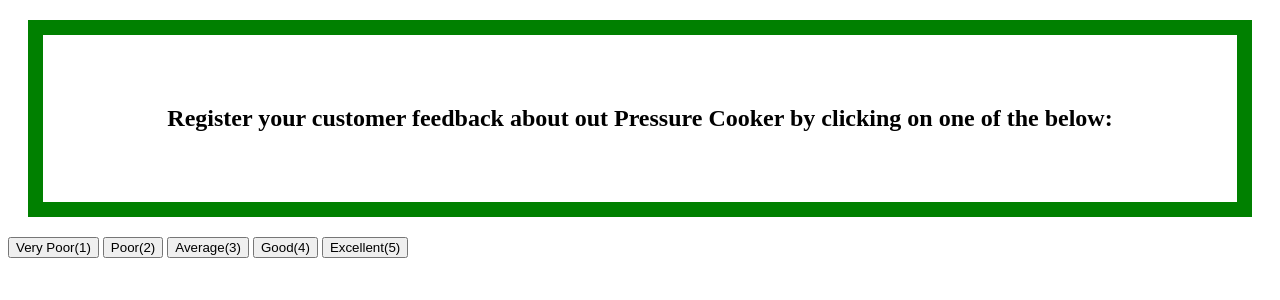
Repository: isaurabhkr/Spring-JavaCourse-101
Page: Spring/WP/GoodsteamProject/WebContent/input.html
These files come from the project's save history. The page is drawn as it stood at one moment and after the next save; the edit follows.
The browser window is 1280 px wide. The pictures show the whole page.

Above is the page before, as saved 2019-08-06 07:40:24.

### Spring/WP/GoodsteamProject/WebContent/input.html
<!DOCTYPE html>
<html>
<head>
<style>
div {
  border: 15px solid green;
  padding: 50px;
  margin: 20px;
}
</style>
<meta charset="ISO-8859-1">
<title>Please Register Feedback</title>
</head>
<body>
<div>
<h2 align ="center"> Register your customer feedback about out Pressure Cooker by clicking on one of the below:</h2>
</div>
<form action="handlein" method="post">
<input type=submit name = "in1" value="Very Poor(1)">
<input type=submit name ="in1" value="Poor(2)">
<input type=submit name ="in1" value="Average(3)">
<input type=submit name="in1" value="Good(4)">
<input type=submit name ="in1" value="Excellent(5)">
</form>
</body>
</html>

After the next save:
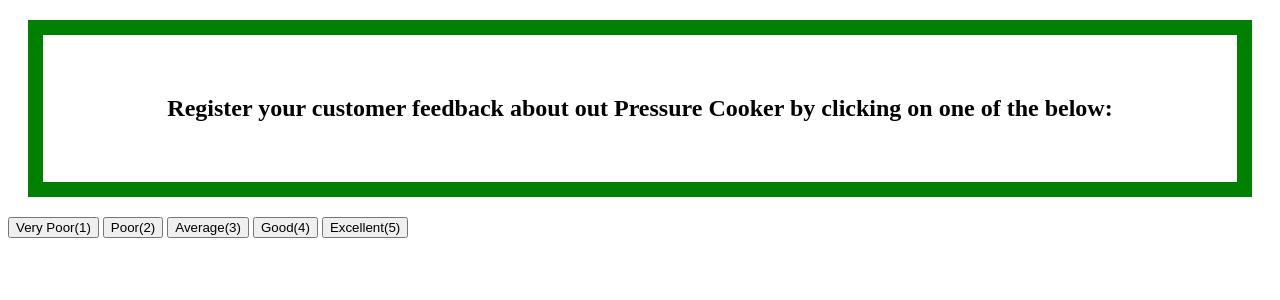
Saved 24 s later.
--- a/Spring/WP/GoodsteamProject/WebContent/input.html
+++ b/Spring/WP/GoodsteamProject/WebContent/input.html
@@ -4,7 +4,7 @@
 <style>
 div {
   border: 15px solid green;
-  padding: 50px;
+  padding: 40px;
   margin: 20px;
 }
 </style>
